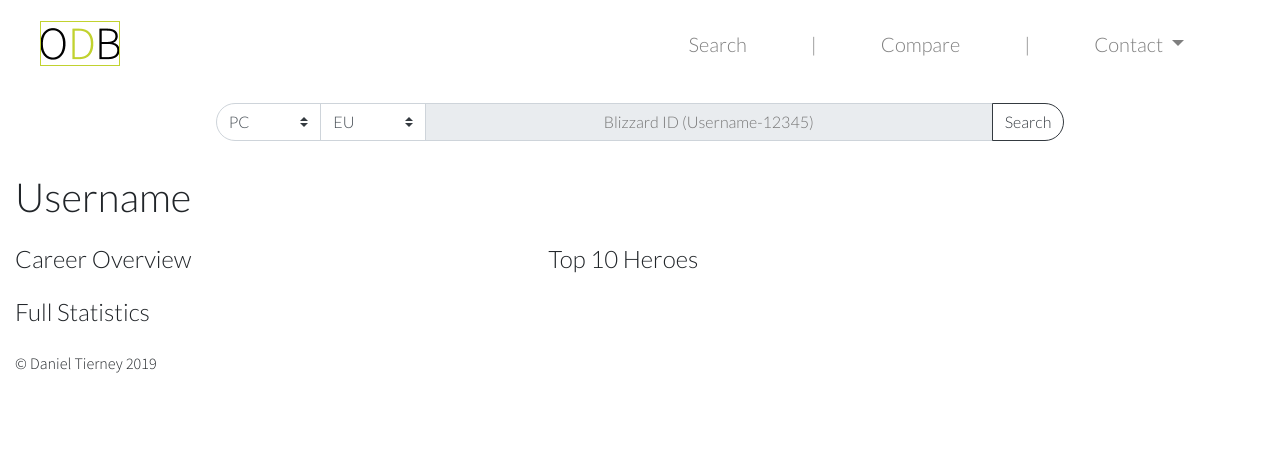
Repository: Cobonkoi/overwatch-dashboard
Page: search.html
The author's editor kept a record of every edit. The page is drawn from the files as they stood at one moment, then again after the next edit.
The browser window is 1280 px wide. The pictures show the whole page.

Above is the page before.

After the next edit:
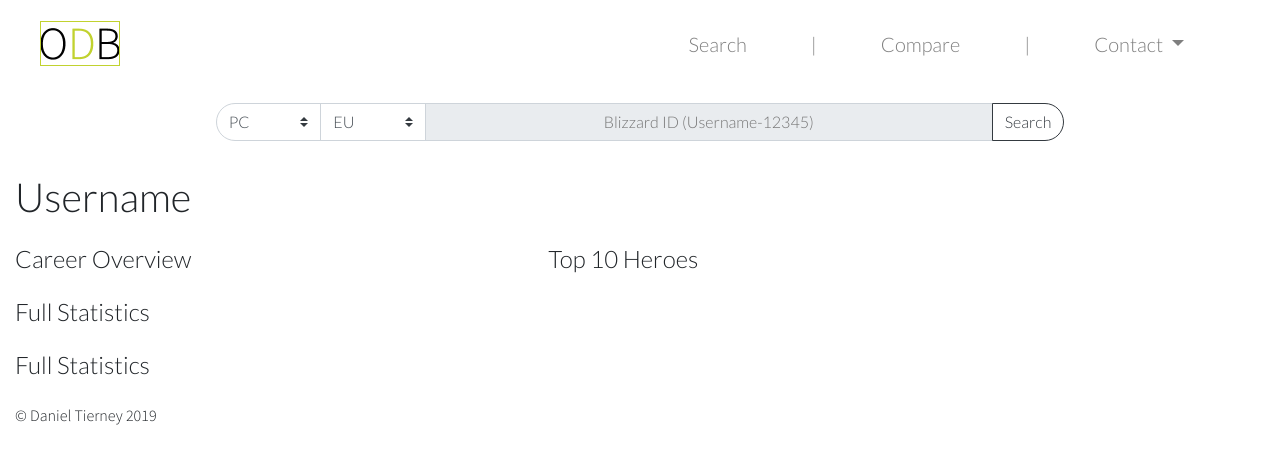
The edit:
--- a/search.html
+++ b/search.html
@@ -136,6 +136,9 @@
             <div class="col-12 mb-3">
                 <h4 class="" id="">Full Statistics</h4>
             </div>
+            <div class="col-12 mb-3">
+                <h4 class="" id="">Full Statistics</h4>
+            </div>
         </div>
     </div>
     <!-- /FULL STATISTICS -->
